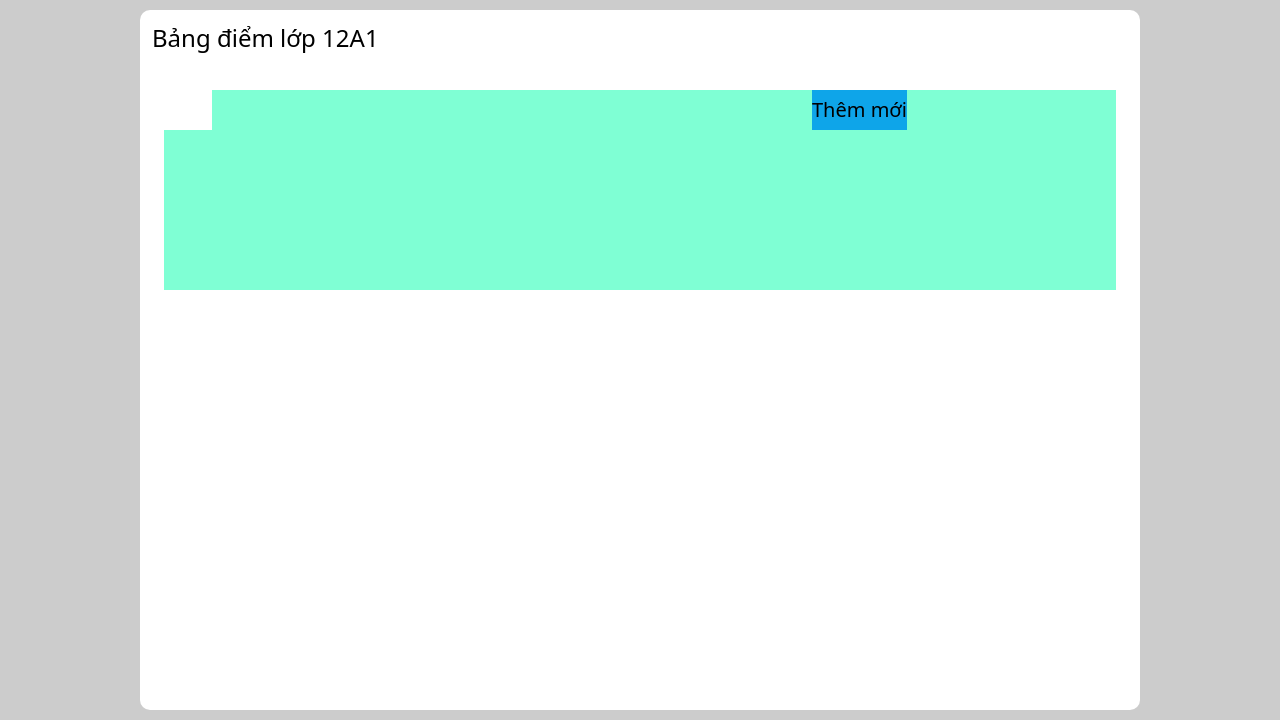
Repository: doducthuan/ReactJS-Movie
Page: /
An editor plug-in stored every save of this project. The page is shown before and after the next save, followed by the edit.
The browser window is 1280 px wide. The pictures show the whole page.
The project was rebuilt for these pictures with package versions that can differ from the ones it lists, and the page was loaded fresh each time. Also part of the build but not shown: src/App.css.

Above is the page before, as saved 2024-01-13 05:56:43.

### public/index.html
<!DOCTYPE html>
<html lang="en">
  <head>
    <meta charset="utf-8" />
    <link rel="icon" href="%PUBLIC_URL%/avatar_rmbg.png" />
    <meta name="viewport" content="width=device-width, initial-scale=1" />
    <meta name="theme-color" content="#000000" />
    <meta
      name="description"
      content="Web site created using create-react-app"
    />
    <link rel="apple-touch-icon" href="%PUBLIC_URL%/logo192.png" />
    <!--
      manifest.json provides metadata used when your web app is installed on a
      user's mobile device or desktop. See https://developers.google.com/web/fundamentals/web-app-manifest/
    -->
    <link rel="manifest" href="%PUBLIC_URL%/manifest.json" />
    <!--
      Notice the use of %PUBLIC_URL% in the tags above.
      It will be replaced with the URL of the `public` folder during the build.
      Only files inside the `public` folder can be referenced from the HTML.

      Unlike "/favicon.ico" or "favicon.ico", "%PUBLIC_URL%/favicon.ico" will
      work correctly both with client-side routing and a non-root public URL.
      Learn how to configure a non-root public URL by running `npm run build`.
    -->
    <title>Mèo Hen</title>
  </head>
  <body>
    <noscript>You need to enable JavaScript to run this app.</noscript>
    <div id="root"></div>
    <!--
      This HTML file is a template.
      If you open it directly in the browser, you will see an empty page.

      You can add webfonts, meta tags, or analytics to this file.
      The build step will place the bundled scripts into the <body> tag.

      To begin the development, run `npm start` or `yarn start`.
      To create a production bundle, use `npm run build` or `yarn build`.
    -->
  </body>
</html>

### src/App.js
//import SignIn from './components/account/SignIn';
import './App.css';
import Students from './components/students/Students';
//import AdminLayout from './components/shared/AdminLayout';

function App() {
  return (
    <div className="App">
      <Students></Students>
    </div>
  );
}

export default App;

### src/components/students/Students.js
import React from 'react';
import './styles.css';
const Students = () => {
    return (
        <div className="full-view">
            <div className="border-data">
                <p className="font-sans text-2xl ml-3 mt-3">Bảng điểm lớp 12A1</p>
                <div className="search-add mt-9 ml-6 mr-6 flex">
                    <input className="search-all w-12 h-10"/>
                    <button className="font-sans text-xl bg-sky-500 h-10">Thêm mới</button>
                </div>
            </div>
        </div>
    );
};

export default Students;

### src/components/students/styles.css
.full-view{
    display: flex;
    justify-content: center;
    align-items: center;
    height: 100vh;
    background-color: #ccc;
}
.border-data{
    width: 1000px;
    height: 700px;
    background-color: #fff;
    border-radius: 10px;
}
.search-add{
    height: 200px;
    gap: 600px;
    background-color: aquamarine;
}

Loaded but not shown: src/index.js (common file); src/index.css (common file); src/reportWebVitals.js (common file); tailwind.config.js (common file)

After the next save:
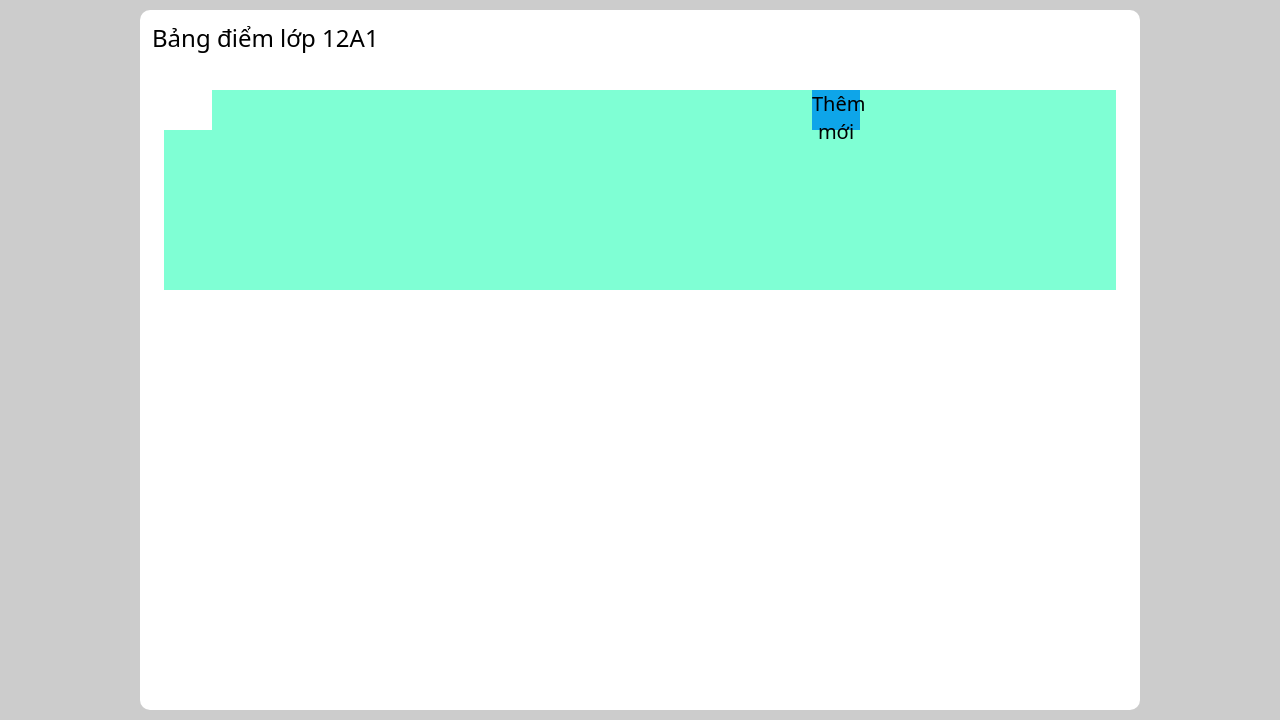
Saved 59 s later.
--- a/src/components/students/Students.js
+++ b/src/components/students/Students.js
@@ -7,7 +7,7 @@ const Students = () => {
                 <p className="font-sans text-2xl ml-3 mt-3">Bảng điểm lớp 12A1</p>
                 <div className="search-add mt-9 ml-6 mr-6 flex">
                     <input className="search-all w-12 h-10"/>
-                    <button className="font-sans text-xl bg-sky-500 h-10">Thêm mới</button>
+                    <button className="font-sans text-xl bg-sky-500 w-12 h-10">Thêm mới</button>
                 </div>
             </div>
         </div>
